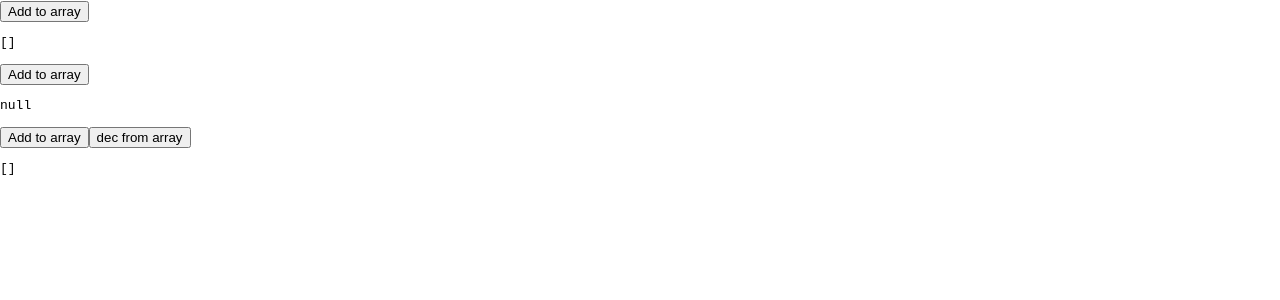
Repository: OmniaRafat232111121/Hookstypescript
Page: /
The author's editor kept a copy of each file at every save. The page is drawn from the files as they stood at one save, then again after a run of saves.
The browser window is 1280 px wide. The pictures show the whole page.
The project was rebuilt for these pictures with package versions that can differ from the ones it lists, and the page was loaded fresh each time.

Above is the page before, as saved 2022-09-18 02:29:32.

After the next 2 saves:
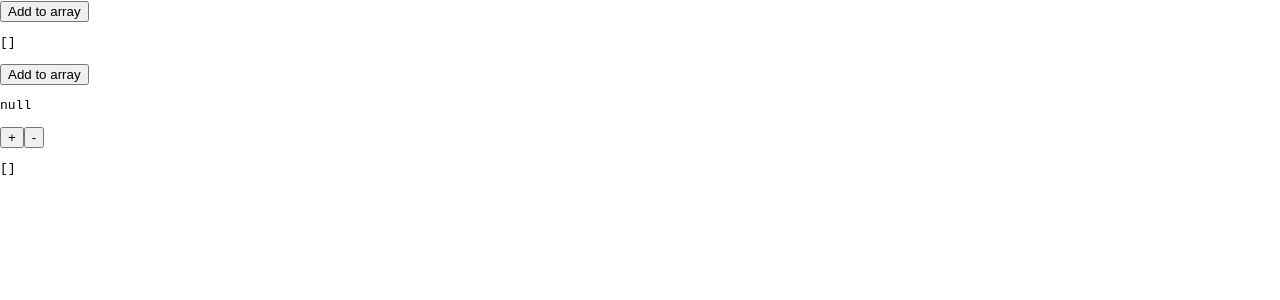
The 2 saves are shown as one change because they came seconds apart.
The last was saved 27 s later.
--- a/src/components/UseStateComponent.tsx
+++ b/src/components/UseStateComponent.tsx
@@ -20,8 +20,8 @@ return(
         </div>
 
         <div>
-            <button onClick={()=>countSet(count+1)}>Add to array</button>
-            <button onClick={()=>countSet(count-1)}>dec from array</button>
+        <button onClick={() => setClicks(clicks+1)}>+</button>
+    <button onClick={() => setClicks(clicks-1)}>-</button>
           <pre>{JSON.stringify(count)}</pre>
         </div>
     </div>
